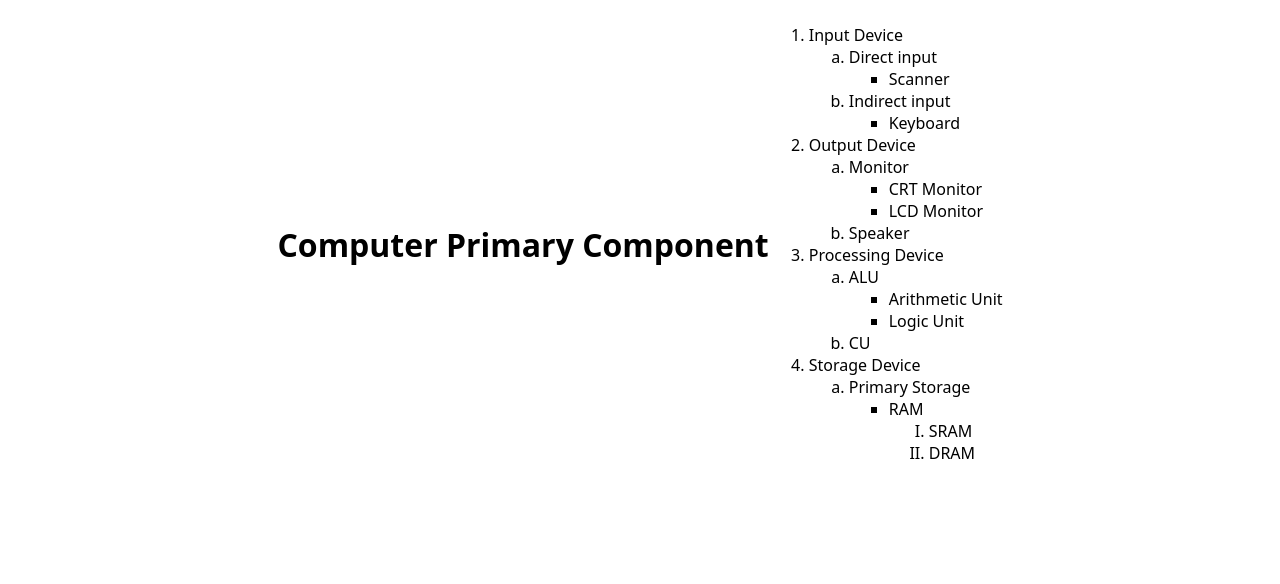
Repository: SharonSebastian32/Nested_List_in_html
Page: index.html
An editor plug-in stored every save of this project. The page is shown before and after a run of saves, followed by the edit.
The browser window is 1280 px wide. The pictures show the whole page.

Above is the page before, as saved 2024-09-01 07:47:13.

### index.html
<!DOCTYPE html>
<html lang="en">
  <head>
    <meta charset="UTF-8" />
    <meta name="viewport" content="width=device-width, initial-scale=1.0" />
    <title>Document</title>
    <link rel="stylesheet" href="./Styles/Styles.css" />
  </head>
  <body>
    <div style="display: flex; justify-content: center; align-items: center; flex-direction: ;">
      <h1>Computer Primary Component</h1>
      <ol>
        <li>Input Device</li>
        <ol type="a">
          <li>Direct input</li>
          <ul style="list-style-type: square">
            <li>Scanner</li>
          </ul>
          <li>Indirect input</li>
          <ul>
            <li>Keyboard</li>
          </ul>
        </ol>
        <li>Output Device</li>
        <ol type="a">
          <li>Monitor</li>
          <ul>
            <li>CRT Monitor</li>
            <li>LCD Monitor</li>
          </ul>
          <li>Speaker</li>
        </ol>
        <li>Processing Device</li>
        <ol type="a">
          <li>ALU</li>
          <ul>
            <li>Arithmetic Unit</li>
            <li>Logic Unit</li>
          </ul>
          <ul></ul>
          <li>CU</li>
        </ol>
        <li>Storage Device</li>
        <ol type="a">
          <li>Primary Storage</li>
          <ul>
            <li>RAM</li>
            <ol type="I">
              <li>SRAM</li>
              <li>DRAM</li>
            </ol>
          </ul>
        </ol>
      </ol>
    </div>
  </body>
</html>

### Styles/Styles.css
*{
    font-family: system-ui, -apple-system, BlinkMacSystemFont, 'Segoe UI', Roboto, Oxygen, Ubuntu, Cantarell, 'Open Sans', 'Helvetica Neue', sans-serif;

}

After the next 2 saves:
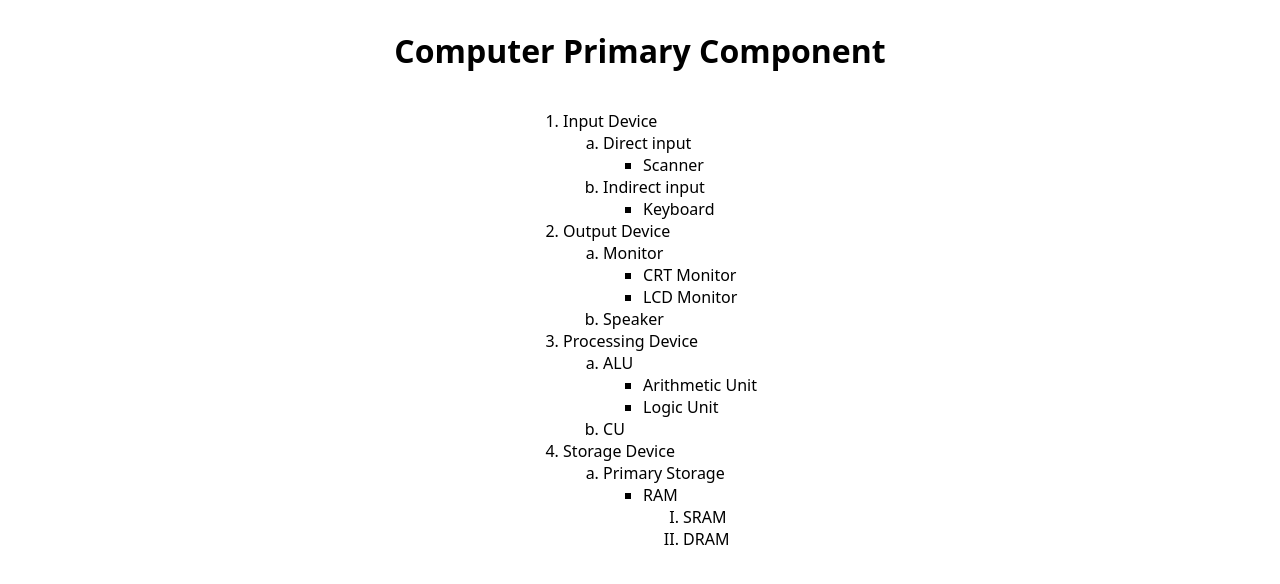
The 2 saves are shown as one change because they came seconds apart.
The last was saved 6 s later.
--- a/index.html
+++ b/index.html
@@ -7,7 +7,7 @@
     <link rel="stylesheet" href="./Styles/Styles.css" />
   </head>
   <body>
-    <div style="display: flex; justify-content: center; align-items: center; flex-direction: ;">
+    <div style="display: flex; justify-content: center; align-items: center; flex-direction:column;">
       <h1>Computer Primary Component</h1>
       <ol>
         <li>Input Device</li>
